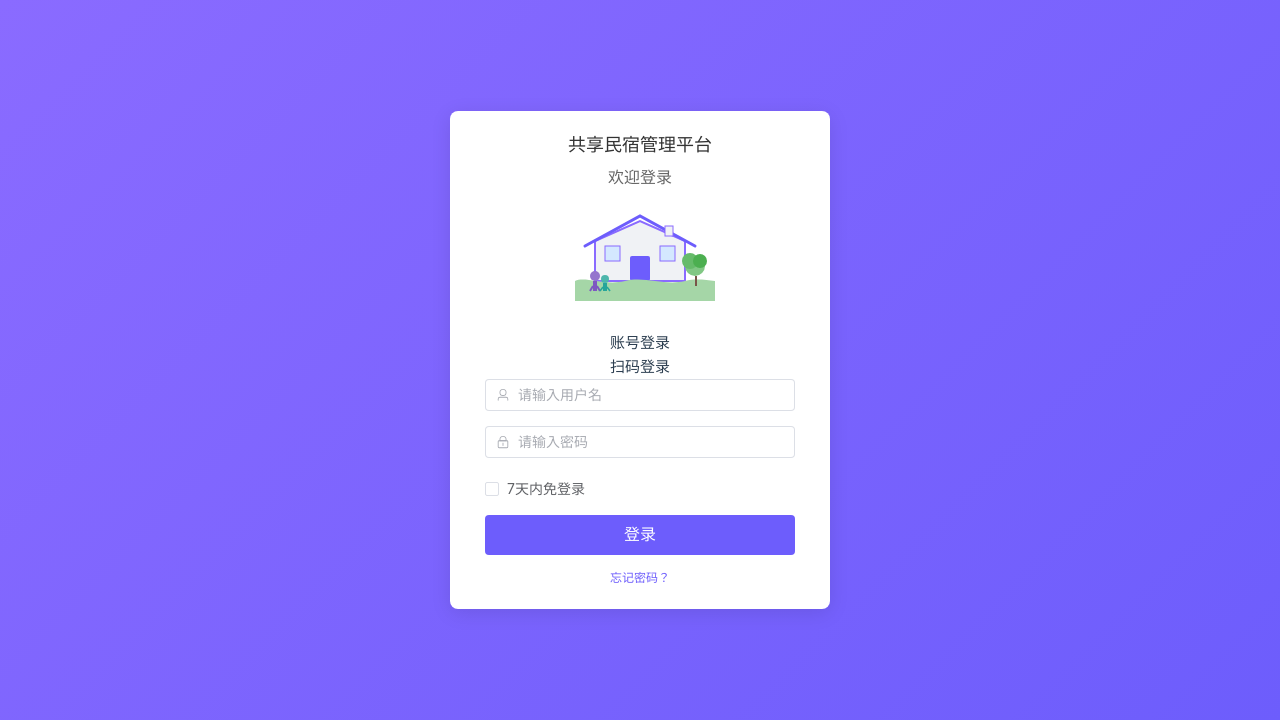
Repository: wuyuwuqi/admin_front
Page: /
An editor plug-in stored every save of this project. The page is shown before and after the next save, followed by the edit.
The browser window is 1280 px wide. The pictures show the whole page.
The project was rebuilt for these pictures with package versions that can differ from the ones it lists, and the page was loaded fresh each time. Also part of the build but not shown: vite.config.js, src/components/HelloWorld.vue, src/components/WelcomeItem.vue, src/components/icons/IconDocumentation.vue, src/components/icons/IconTooling.vue, src/components/icons/IconEcosystem.vue, src/components/icons/IconCommunity.vue, src/components/icons/IconSupport.vue and 1 more.

Above is the page before, as saved 2025-03-25 19:29:45.

After the next save:
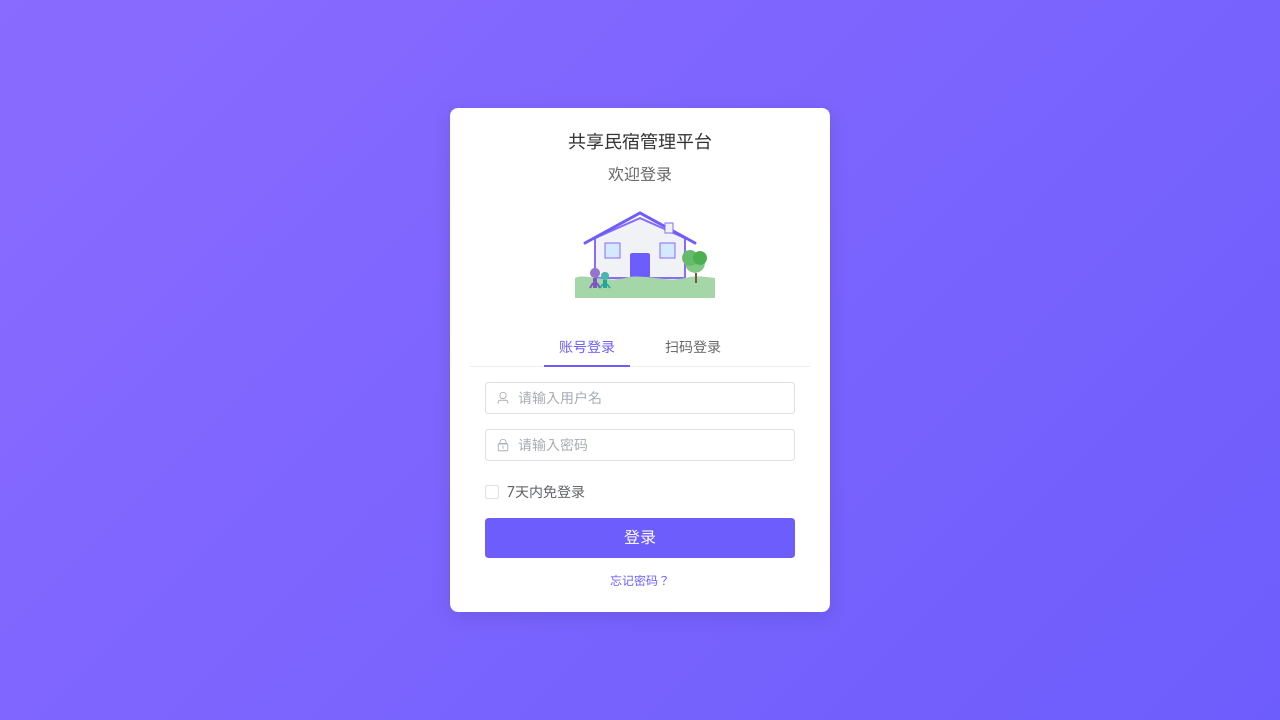
Saved 20 s later.
--- a/src/views/Login.vue
+++ b/src/views/Login.vue
@@ -143,6 +143,37 @@ const handleLogin = () => {
   height: 120px;
 }
 
+.login-tabs {
+  display: flex;
+  justify-content: center;
+  margin-bottom: 15px;
+  border-bottom: 1px solid #eee;
+}
+
+.tab {
+  padding: 8px 15px;
+  margin: 0 10px;
+  cursor: pointer;
+  position: relative;
+  color: #666;
+  font-size: 14px;
+}
+
+.tab.active {
+  color: #6d5dfc;
+  font-weight: 500;
+}
+
+.tab.active::after {
+  content: '';
+  position: absolute;
+  bottom: -1px;
+  left: 0;
+  width: 100%;
+  height: 2px;
+  background-color: #6d5dfc;
+}
+
 .login-form {
   text-align: left;
   padding: 0 15px;
@@ -182,6 +213,29 @@ const handleLogin = () => {
   font-size: 12px;
 }
 
+.qrcode-container {
+  padding: 20px 15px;
+  display: flex;
+  justify-content: center;
+  align-items: center;
+}
+
+.qrcode-placeholder {
+  width: 180px;
+  height: 180px;
+  border: 1px dashed #ddd;
+  display: flex;
+  flex-direction: column;
+  justify-content: center;
+  align-items: center;
+  color: #999;
+}
+
+.qrcode-placeholder .el-icon {
+  font-size: 40px;
+  margin-bottom: 10px;
+}
+
 /* 响应式调整 */
 @media (max-width: 480px) {
   .login-card {
